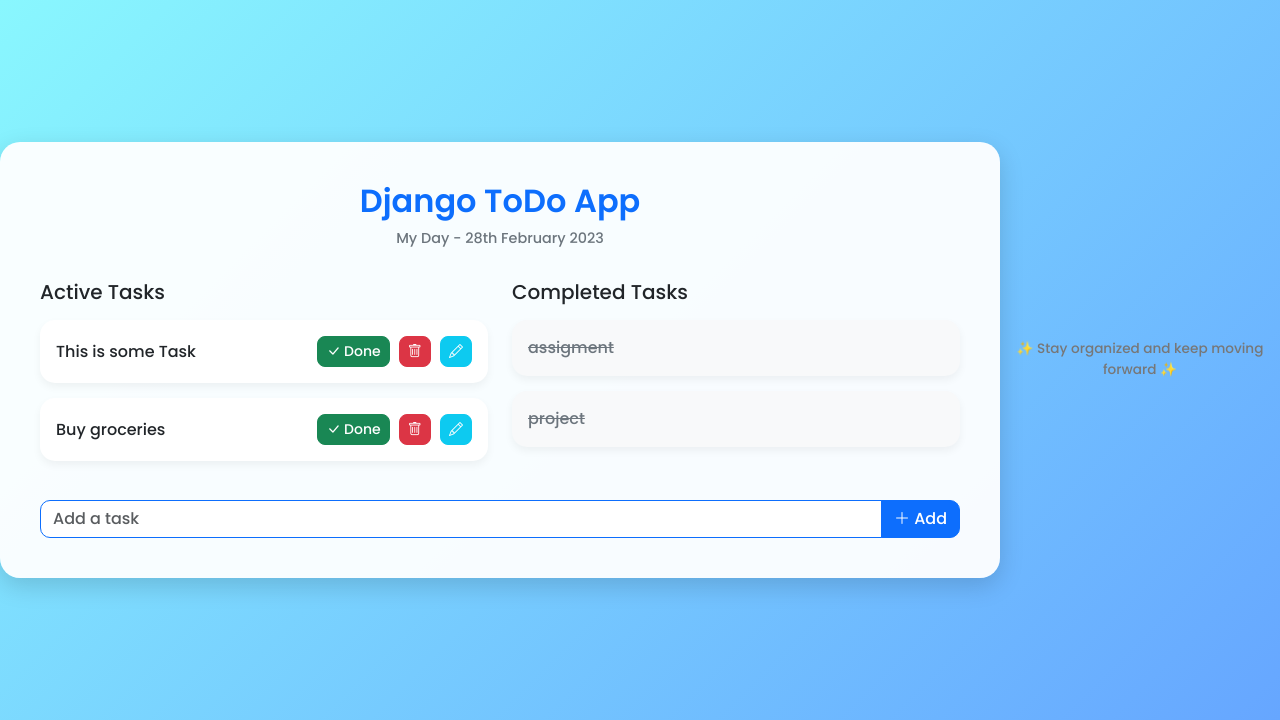
Repository: SAHLA-M/To-Do
Page: http://localhost/
The author's editor kept a copy of each file at every save. The page is drawn from the files as they stood at one save, then again after a run of saves.
The browser window is 1280 px wide. The pictures show the whole page.
The page is served by the project's application, run on Django 5.2 (manage.py). The page reads the database file committed with the project.

Above is the page before, as saved 2025-11-12 22:04:55.

After the next 13 saves:
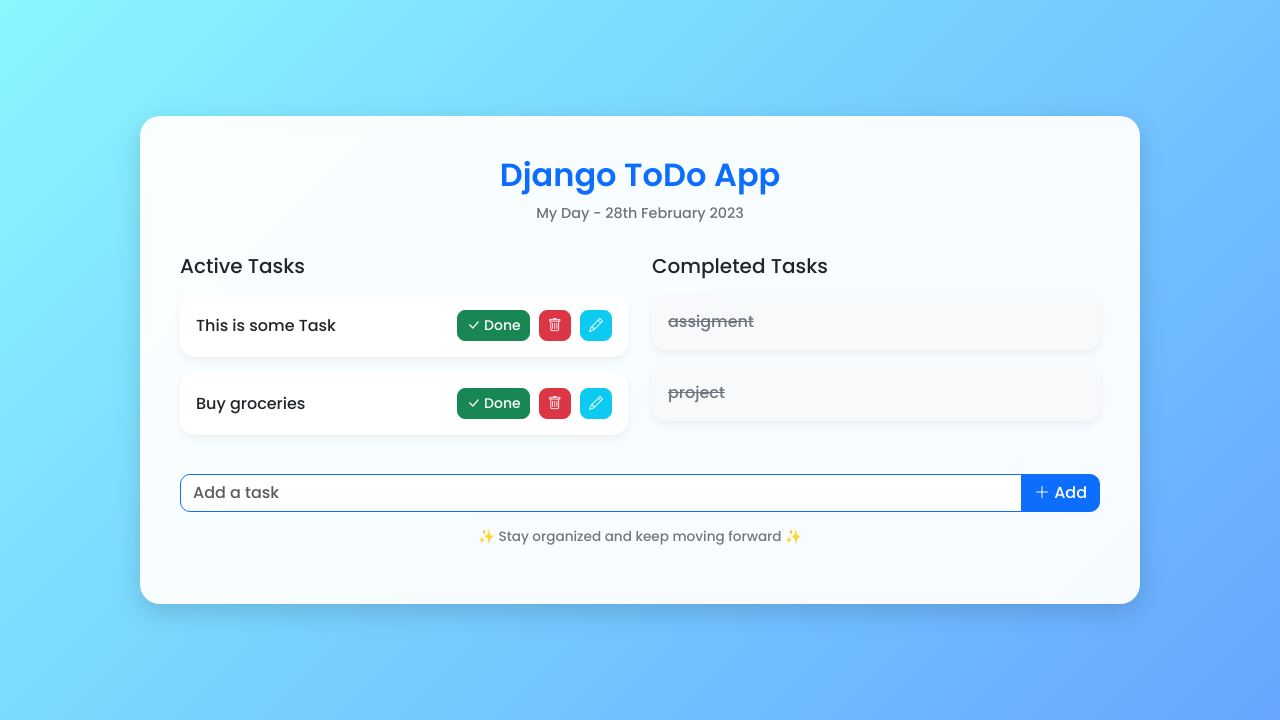
The 13 saves are shown as one change because they came seconds apart.
The last was saved 40 s later.
--- a/templates/home.html
+++ b/templates/home.html
@@ -139,7 +139,7 @@
     </div>
 
     <!-- Add Task Input -->
-    <form action="{% url 'addTask' %}"
+    <form action="{% url 'addTask' %}" method="POST">
     <div class="input-group mt-4">
       <input type="text" id="taskInput" class="form-control" placeholder="Add a task">
       <button  type="submit" class="btn btn-primary" id="addBtn"><i class="bi bi-plus-lg"></i> Add</button>
